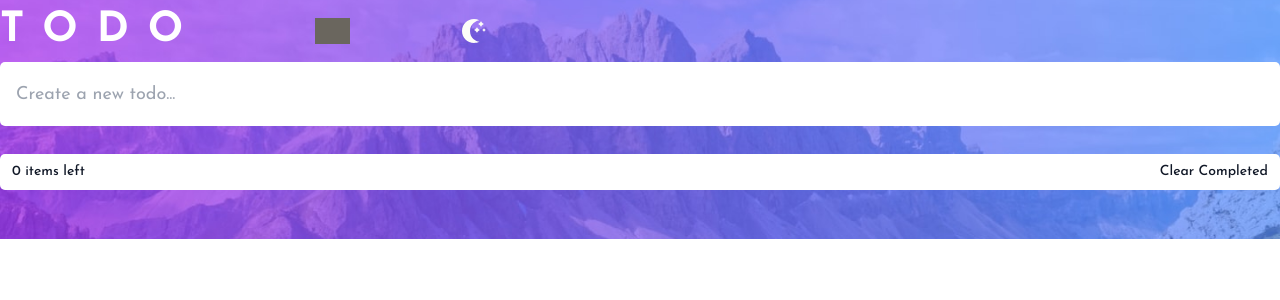
Repository: ikram-lisa/todo-list
Page: /
These files come from the project's save history. The page is drawn as it stood at one moment and after the next save; the edit follows.
The browser window is 1280 px wide. The pictures show the whole page.
Pictures or frames that could not be fetched are drawn as grey boxes. The project was rebuilt for these pictures with package versions that can differ from the ones it lists, and the page was loaded fresh each time. Also part of the build but not shown: vite.config.js.

Above is the page before, as saved 2024-05-14 23:03:32.

### src/main.jsx
import React from "react";
import ReactDOM from "react-dom/client";
import App from "./App.jsx";
import "./css/style.scss";
ReactDOM.createRoot(document.getElementById("root")).render(
  <React.StrictMode>
    <App />
  </React.StrictMode>
);

### src/App.jsx
import Defaultlayout from "./layout/defaultlayout";
import Todolist from "./pages/Todolist";
const App = () => {
  return (
    <>
      <Defaultlayout>
        <Todolist />
      </Defaultlayout>
    </>
  );
};
export default App;

### src/css/style.scss
@use "./base/fonts";
@use "./base/variable" as *;

@tailwind base;
@tailwind components;
@tailwind utilities;

body {
  font-size: 18px;
  font-family: "Josefin Sans", sans-serif;
  font-weight: 400;
}

.container-todo {
  width: 100%;
  height: 100vh;
}
.bg-light-theme {
  background-image: url("../assets/images/bg-desktop-light.jpg");
  background-position: center;
  background-size: cover;
  overflow-x: hidden;
  overflow-y: hidden;
  width: 100%;
  height: 239px;
}

.bg-dark-theme {
  background-image: url("../assets/images/bg-desktop-dark.jpg");
  background-position: center;
  background-size: cover;
  overflow-x: hidden;
  overflow-y: hidden;
  width: 100%;
  height: 239px;
}
.theme-content {
  width: 38%;
  margin-top: 53px auto;
  h1 {
    font-weight: 700;
    color: white;
    font-size: 2.6rem;
    letter-spacing: 19px;
  }
  img {
    width: 100%;
    max-width: 35px;
    height: auto;
    display: block;
    cursor: pointer;
    filter: invert(104%) sepia(29%) brightness(99%);
  }
}

### src/layout/defaultlayout.jsx
const defaultlayout = ({ children }) => {
  return (
    <>
      <section>{children}</section>
    </>
  );
};
export default defaultlayout;

### src/pages/Todolist.jsx
import { useState } from "react";
import Light from "../assets/images/light.svg";
import Dark from "../assets/images/dark.svg";
import Form from "../components/Form";
const Todolist = () => {
  const [theme, setTheme] = useState("light");
  const handleToggle = () => {
    setTheme(theme === "light" ? "dark" : "light");
  };
  return (
    <>
      <section
        className={`container-todo ${
          theme === "light" ? "bg-white" : "bg-VeryDarkBlueish"
        }`}
      >
        <div
          className={`theme  ${
            theme === "light" ? "bg-light-theme" : "bg-dark-theme"
          } `}
        >
          <div className="theme-content flex justify-between items-center">
            <h1>TODO</h1>
            <img src="../assets/images/moon.svg" alt="" />
            <button onClick={handleToggle}>
              {theme === "light" ? (
                <img src={Dark} alt="dark mode" />
              ) : (
                <img src={Light} alt="light mode" />
              )}
            </button>
          </div>
          <div className="form">
            <Form theme={theme} />
          </div>
        </div>
      </section>
    </>
  );
};
export default Todolist;

### src/css/base/_fonts.scss
@import url("https://fonts.googleapis.com/css2?family=Josefin+Sans:ital,wght@0,100..700;1,100..700&family=Kumbh+Sans:wght@100..900&family=Montserrat:ital,wght@0,100..900;1,100..900&family=Open+Sans:ital,wght@0,400;0,600;0,700;0,800;1,400;1,700;1,800&family=Poppins:ital,wght@0,200;0,300;0,400;0,500;0,600;0,700;0,800;0,900;1,100;1,200;1,300;1,400;1,500;1,600;1,700;1,800;1,900&display=swap");

### src/css/base/_variable.scss
// ### Light Theme

$VeryLightGray: hsl(0, 0%, 98%);
$VeryLightGrayishBlue: hsl(236, 33%, 92%);
$LightGrayishBlue: hsl(233, 11%, 84%);
$DarkGrayishBlue: hsl(236, 9%, 61%);
$VeryDarkGrayishBlue: hsl(235, 19%, 35%);

// ### Dark Theme

$VeryDarkBlue: hsl(235, 21%, 11%);
$VeryDarkBlue: hsl(235, 24%, 19%);
$LightGrayishBlue: hsl(234, 39%, 85%);
$LightGrayishBlue: hsl(236, 33%, 92%);
$DarkGrayishBlue: hsl(234, 11%, 52%);
$VeryDarkGrayishBlue: hsl(233, 14%, 35%);
$VeryDarkGrayishBlue: hsl(237, 14%, 26%);

### src/components/Form.jsx
import { useState } from "react";
import Tab from "./TabBar";

/* eslint-disable react/prop-types */
const Form = ({ theme }) => {
  const [todos, setTodos] = useState([]);
  const [inputValue, setInputValue] = useState("");
  const [filter, setFilter] = useState("all");
  const handleChange = (e) => {
    setInputValue(e.target.value);
  };
  const handleSubmit = (e) => {
    e.preventDefault();
    if (inputValue.trim() === "") return;
    const newTodo = {
      id: todos.length + 1,
      text: inputValue,
      isCompleted: false,
    };
    setTodos([...todos, newTodo]);
    setInputValue("");
  };
  const handleToggleCompleted = (id) => {
    const updatedTodos = todos.map((todo) => {
      if (todo.id === id) {
        return { ...todo, isCompleted: !todo.isCompleted };
      }
      return todo;
    });
    setTodos(updatedTodos);
  };
  const handleDelete = (id) => {
    const updatedTodos = todos.filter((todo) => todo.id !== id);
    setTodos(updatedTodos);
    console.log("deleted");
  };
  const handleDeleteAll = () => {
    setTodos([]);
  };
  const completedCount = todos.filter((todo) => todo.isCompleted).length;
  const getFilteredTodos = () => {
    switch (filter) {
      case "active":
        return todos.filter((todo) => !todo.isCompleted);
      case "completed":
        return todos.filter((todo) => todo.isCompleted);
      default:
        return todos;
    }
  };

  const filteredTodos = getFilteredTodos();
  return (
    <>
      <section className="search rounded-[5px] relative w-full h-16 flex items-center">
        <form
          onSubmit={handleSubmit}
          className="search rounded-[5px] relative w-full h-16 flex items-center"
        >
          <input
            type="text"
            value={inputValue}
            onChange={handleChange}
            className={`input-search block w-full p-4 text-lg text-gray-900 ${
              theme === "dark"
                ? "bg-VeryDarkBlueish text-white"
                : "bg-white text-gray-900"
            } rounded-[5px] w-full h-16 flex items-center`}
            placeholder="Create a new todo..."
          />
        </form>
      </section>
      <section className="result mt-7">
        <ul
          className={`w-full text-sm font-medium ${
            theme === "dark"
              ? "bg-VeryDarkBlueish text-white border-gray-600"
              : "bg-white text-gray-900 border-gray-200"
          } rounded-[5px]`}
        >
          {filteredTodos.map((todo) => (
            <li
              key={todo.id}
              className={`w-full border-b border-gray-500 rounded-t-lg dark:border-gray-600 ${
                todo.isCompleted ? "checked" : ""
              }`}
            >
              <div className="flex items-center justify-between ps-3">
                <label className="custom-checkbox flex items-center gap-3 w-full py-5 ms-2 text-sm font-medium">
                  <input
                    type="checkbox"
                    checked={todo.isCompleted}
                    onChange={() => handleToggleCompleted(todo.id)}
                    className="mr-5 mt-2"
                  />
                  <div className="checkbox-custom"></div>
                  {todo.text}{" "}
                </label>
                <button
                  type="button"
                  onClick={() => handleDelete(todo.id)}
                  className="ms-auto -ml-1.5 mr-[0.625rem] text-[transparent] font-bold hover:text-gray-500  p-1.5
       inline-flex items-center justify-center h-7 w-7 "
                >
                  <span className="sr-only">Close</span>
                  <svg
                    className="w-5 h-5"
                    aria-hidden="true"
                    xmlns="http://www.w3.org/2000/svg"
                    fill="none"
                    viewBox="0 0 14 14"
                  >
                    <path
                      stroke="currentColor"
                      strokeLinecap="round"
                      strokeLinejoin="round"
                      strokeWidth="2"
                      d="m1 1 6 6m0 0 6 6M7 7l6-6M7 7l-6 6"
                    />
                  </svg>
                </button>
              </div>
            </li>
          ))}

          <li className="w-full">
            <div className="flex items-center justify-between py-2 px-3">
              <span>{completedCount} items left</span>
              <div className="tab">
                <Tab setFilter={setFilter} currentFilter={filter} />
              </div>
              <button onClick={handleDeleteAll}>Clear Completed</button>
            </div>
          </li>
        </ul>
      </section>
    </>
  );
};
export default Form;

### src/components/TabBar.jsx
const Checklist = () => {
  return (
    <>
      <h1></h1>
    </>
  );
};
export default Checklist;

Loaded but not shown: index.html (common file); tailwind.config.js (1082 lines, source omitted)

After the next save:
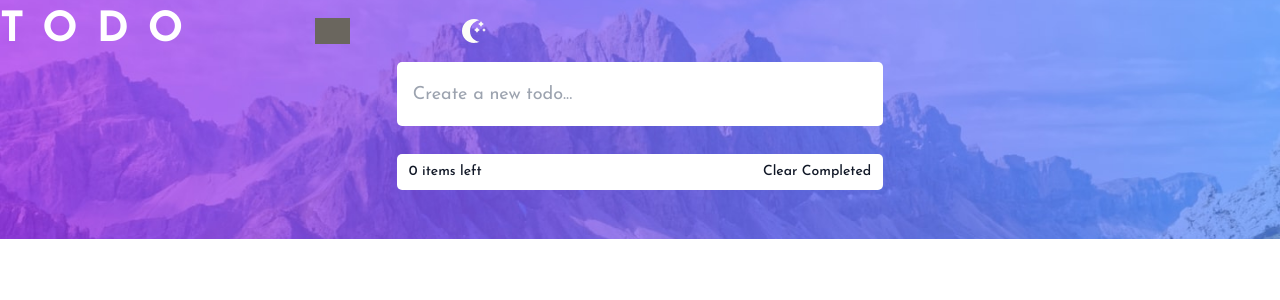
Saved 29 s later.
--- a/src/css/style.scss
+++ b/src/css/style.scss
@@ -52,3 +52,7 @@ body {
     filter: invert(104%) sepia(29%) brightness(99%);
   }
 }
+.form {
+  width: 38%;
+  margin: 0 auto;
+}
